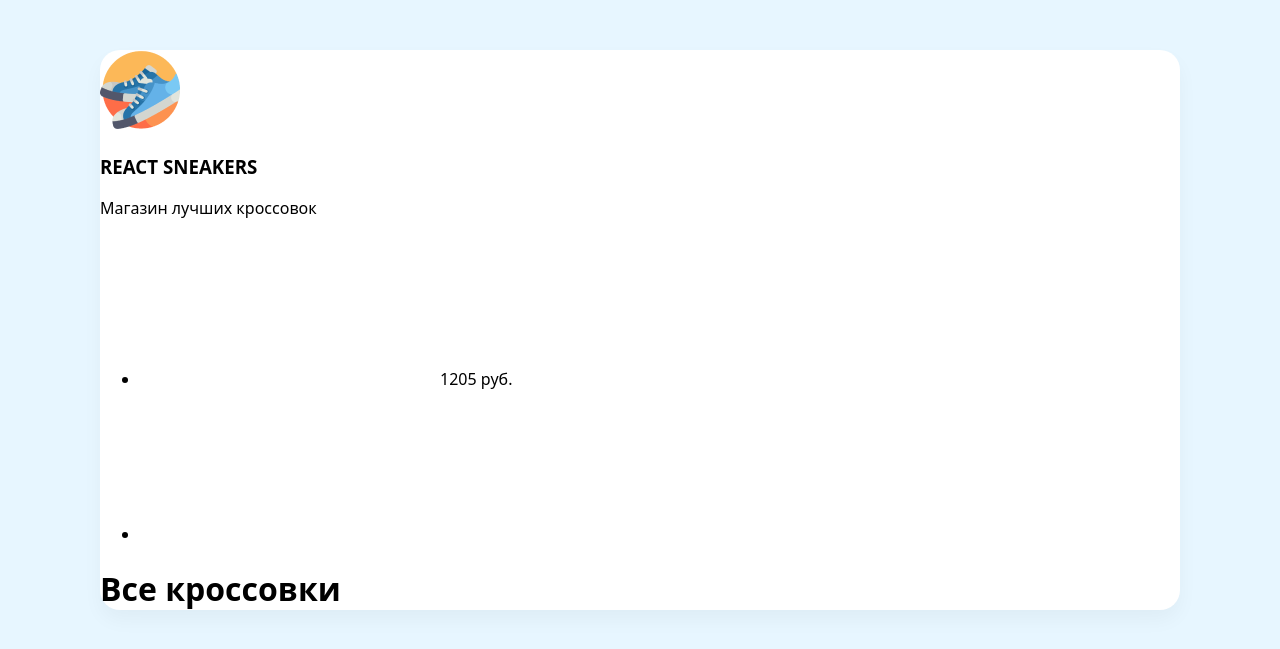
Repository: VaheHarutyunyan/react-sneakers
Page: /
An editor plug-in stored every save of this project. The page is shown before and after the next save, followed by the edit.
The browser window is 1280 px wide. The pictures show the whole page.
The project was rebuilt for these pictures with package versions that can differ from the ones it lists, and the page was loaded fresh each time.

Above is the page before, as saved 2021-07-22 12:07:01.

After the next save:
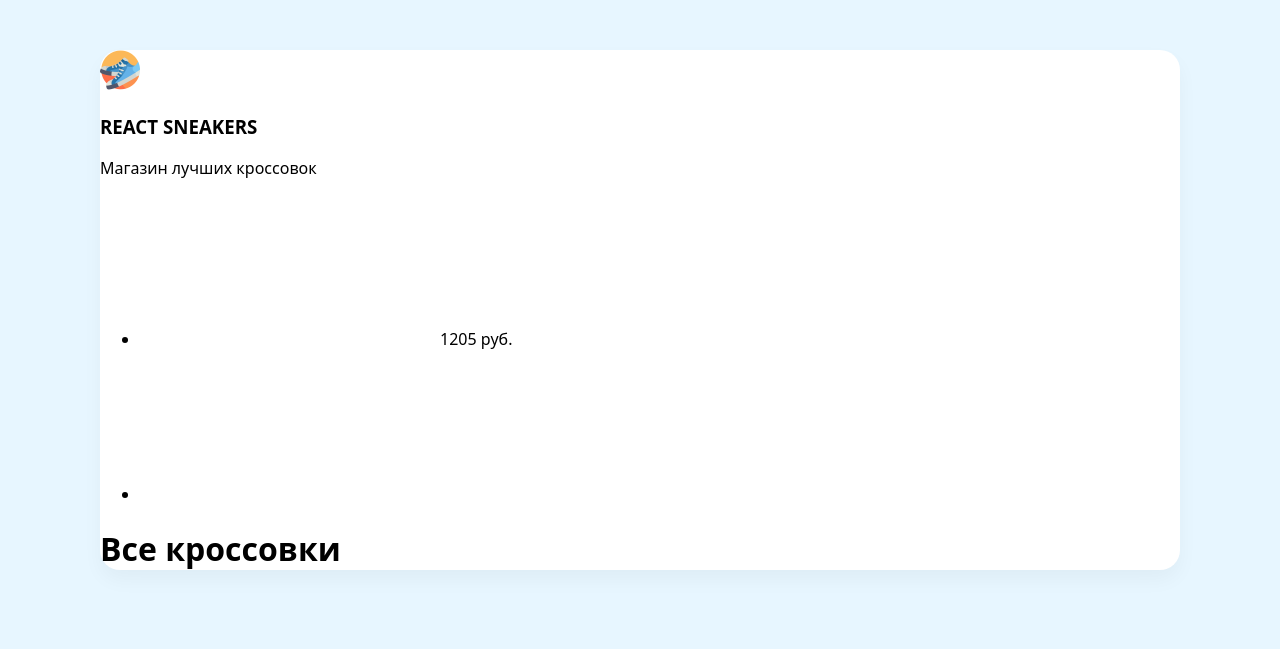
Saved 43 s later.
--- a/src/App.js
+++ b/src/App.js
@@ -4,7 +4,7 @@
     <div className="wrapper">
       <header>
         <div className="headerLeft">
-          <img src="/img/logo.png" alt="logo" />
+          <img width="40" height="40" src="/img/logo.png" alt="logo" />
           <div className="headerInfo">
             <h3>REACT SNEAKERS</h3>
             <p>Магазин лучших кроссовок</p>
